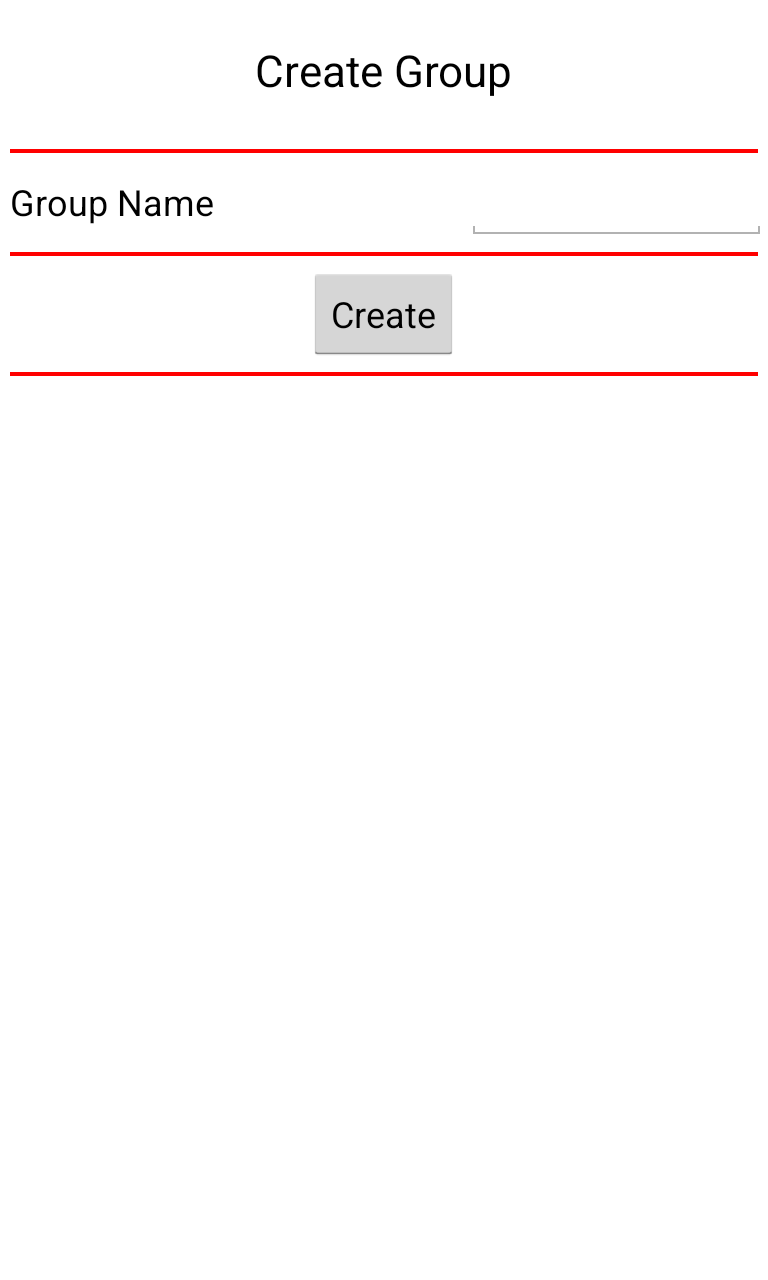
Repository: mansee8/Emergency-Service-Information-Provider
Layout: Emergency Service Information Provider/ESIP/ESIP/res/layout/create_group.xml
An editor plug-in stored every save of this project. The layout is shown before and after the next save, followed by the edit.
It is drawn on a 768 x 1280 px phone screen (xhdpi) without system bars, with theme AppTheme; the app's code is not run.

Above is the layout before, as saved 2014-02-27 07:55:37.

After the next save:
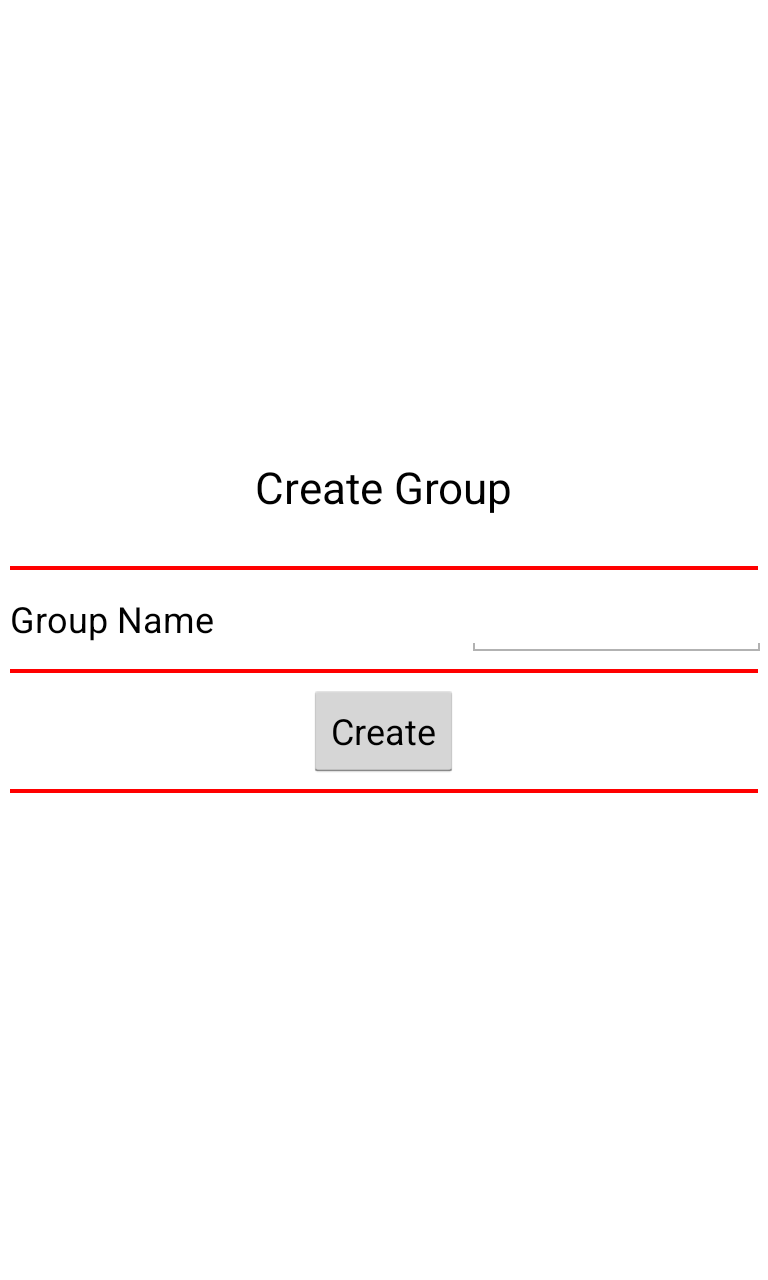
Saved 12 s later.
--- a/Emergency Service Information Provider/ESIP/ESIP/res/layout/create_group.xml
+++ b/Emergency Service Information Provider/ESIP/ESIP/res/layout/create_group.xml
@@ -2,7 +2,7 @@
 <LinearLayout xmlns:android="http://schemas.android.com/apk/res/android"
     android:layout_width="fill_parent"
     android:layout_height="fill_parent"
-    android:gravity="center_horizontal"
+    android:gravity="center"
     android:orientation="vertical" >
 
     <TextView
